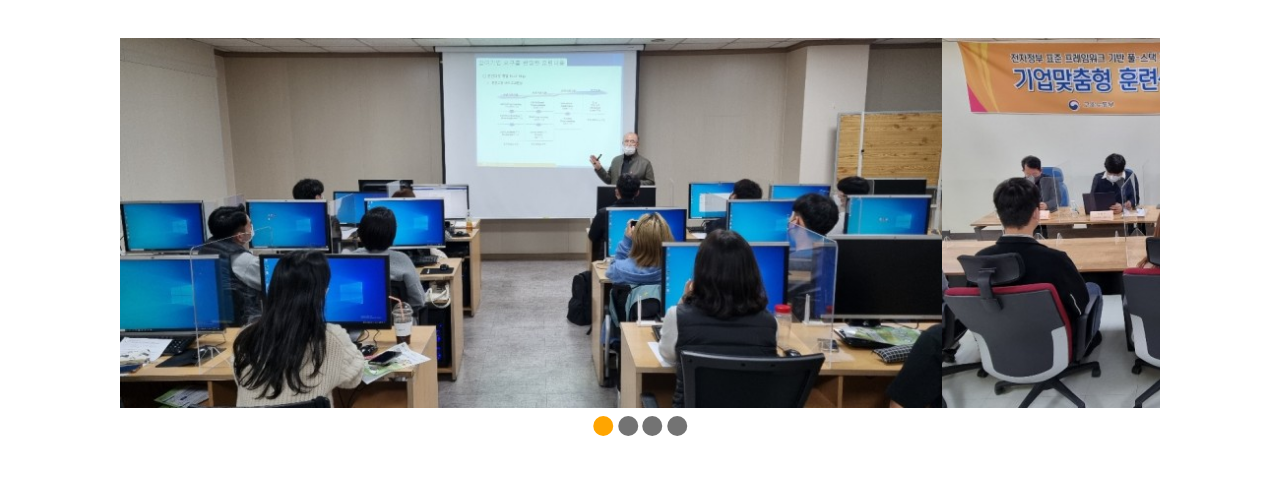
Repository: JavaJin96/kr.or.ddit.HighJava
Page: http://localhost/TeamProjectDCUM/work_kmk/iframe_kmk/slider.jsp
An editor plug-in stored every save of this project. The page is shown before and after the next save, followed by the edit.
The browser window is 1280 px wide. The pictures show the whole page.
The page is served by Tomcat 9. Other server files are loaded and not shown.

Above is the page before, as saved 2022-02-16 01:24:36.

### 3.Highjava/workspace/TeamProjectDCUM/WebContent/work_kmk/iframe_kmk/slider.jsp
<%@ page language="java" contentType="text/html; charset=UTF-8"
    pageEncoding="UTF-8"%>
<!DOCTYPE html>
<html>
<head>
<meta charset="UTF-8">
<title>Insert title here</title>
<!-- 카드 -->
<link rel="stylesheet" href="https://cdn.jsdelivr.net/npm/bootstrap@4.6.1/dist/css/bootstrap.min.css">
<script src="https://cdn.jsdelivr.net/npm/jquery@3.5.1/dist/jquery.slim.min.js"></script>
<script src="https://cdn.jsdelivr.net/npm/popper.js@1.16.1/dist/umd/popper.min.js"></script>
<script src="https://cdn.jsdelivr.net/npm/bootstrap@4.6.1/dist/js/bootstrap.bundle.min.js"></script>
<style>
/*---------------------- 슬라이드 ----------------------------*/
.slider{
    width: 1040px;
    height: 400px;
    position: relative;
    margin: 3% auto;
    overflow: hidden; /* 현재 슬라이드 오른쪽에 위치한 나머지 슬라이드 들이 보이지 않도록 가림 */
/*     text-align: center; */
	display: flex;
}
.slider input[type=radio]{
    display: none;
}
img{
	height : 370px;
}

ul.imgs{
    padding: 0;
    margin: 0;
    list-style: none;
}
ul.imgs li{
    position: absolute;
    left: 640px;
    transition-delay: 1s; /* 새 슬라이드가 이동해 오는 동안 이전 슬라이드 이미지가 배경이 보이도록 지연 */
    padding: 0;
    margin: 0;
}

.bullets{
    position: absolute;
    left: 50%;
    transform: translateX(-50%);
    bottom: -6px;
    z-index: 2;
}

.bullets label{
    display: inline-block;
    border-radius: 50%;
    background-color: rgba(0,0,0,0.55);
    width: 20px;
    height: 20px;
    cursor: pointer;
}

/* 현재 선택된 불릿 배경 흰색으로 구분 표시 */
.slider input[type=radio]:nth-child(1):checked~.bullets>label:nth-child(1){
    background-color: orange;
}

.slider input[type=radio]:nth-child(2):checked~.bullets>label:nth-child(2){
    background-color: orange;
}

.slider input[type=radio]:nth-child(3):checked~.bullets>label:nth-child(3){
    background-color: orange;
}

.slider input[type=radio]:nth-child(4):checked~.bullets>label:nth-child(4){
    background-color: orange;
}

 .slider input[type=radio]:nth-child(1):checked~ul.imgs>li:nth-child(1){
     left: 0;
     transition: 0.5s;
     z-index:1;
 }

 .slider input[type=radio]:nth-child(2):checked~ul.imgs>li:nth-child(2){
     left: 0;
     transition: 0.5s;
     z-index:1;
 }

 .slider input[type=radio]:nth-child(3):checked~ul.imgs>li:nth-child(3){
     left: 0;
     transition: 0.5s;
     z-index:1;
 }

 .slider input[type=radio]:nth-child(4):checked~ul.imgs>li:nth-child(4){
     left: 0;
     transition: 0.5s;
     z-index:1;
 }

</style>


</head>
<body>

	<div class="slider" targer="ifr">
	    <input type="radio" name="slide" id="slide1" checked>
	    <input type="radio" name="slide" id="slide2">
	    <input type="radio" name="slide" id="slide3">
	    <input type="radio" name="slide" id="slide4">

	    <ul id="imgholder" class="imgs">
	        <li><img src="../../images/main/학생.jpg"  targer="ifr"></li>
	        <li><img src="../../images/main/학생2.jpg" targer="ifr"></li>
	        <li><img src="../../images/main/학생3.jpg" targer="ifr"></li>
	        <li><img src="../../images/main/학생4.jpg" targer="ifr" ></li>
	    </ul>

	    <div class="bullets">
	        <label for="slide1">&nbsp;</label>
	        <label for="slide2">&nbsp;</label>
	        <label for="slide3">&nbsp;</label>
	        <label for="slide4">&nbsp;</label>
	    </div>
	</div>


</body>
</html>

After the next save:
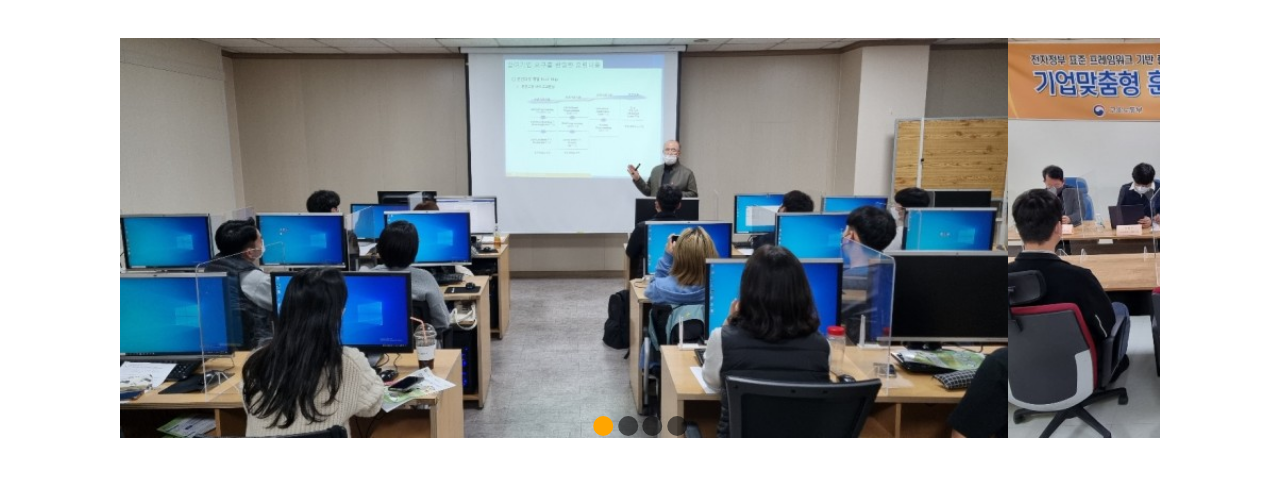
Saved 6 s later.
--- a/3.Highjava/workspace/TeamProjectDCUM/WebContent/work_kmk/iframe_kmk/slider.jsp
+++ b/3.Highjava/workspace/TeamProjectDCUM/WebContent/work_kmk/iframe_kmk/slider.jsp
@@ -25,7 +25,7 @@
     display: none;
 }
 img{
-	height : 370px;
+	height : 400px;
 }
 
 ul.imgs{
